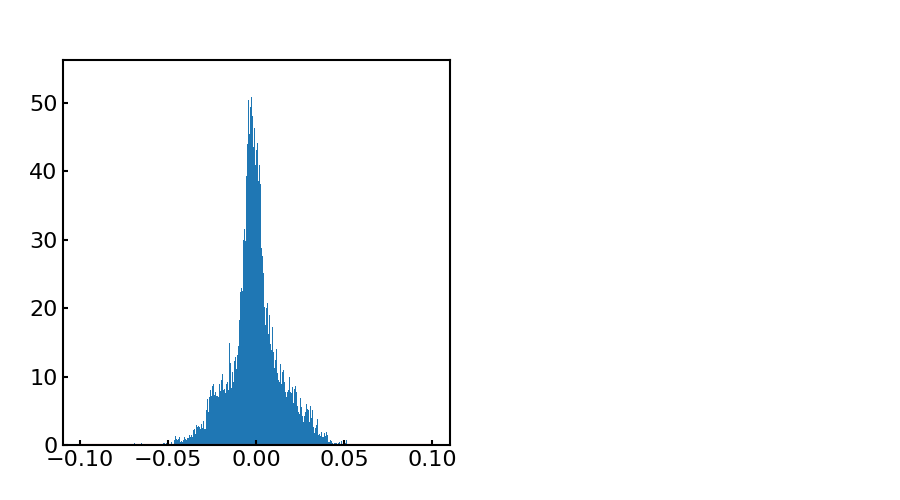
Repository: nishimuraHikar/PythonShowGraph
Script's output: python main.py
The author's editor kept a copy of each file at every save. The script's output is drawn from the files as they stood at one save, then again after the next save.
Random numbers start from a fixed seed.

Above is the script's output before, as saved 2022-03-03 02:27:07.

After the next save:
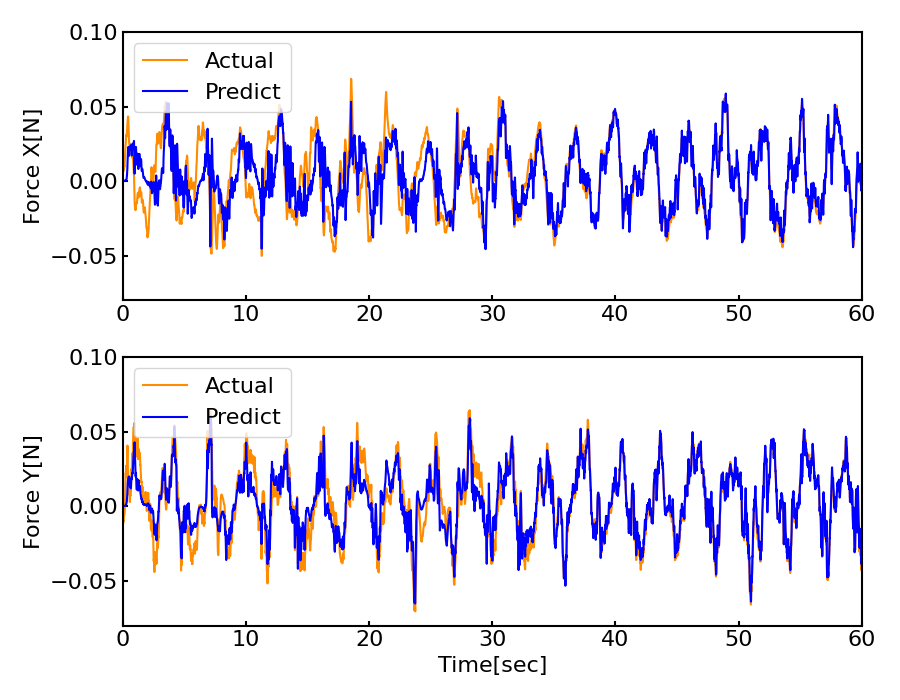
Saved 118 min 16 s later.
--- a/main.py
+++ b/main.py
@@ -2,15 +2,27 @@ from time import time
 import graph
 import numpy as np
 
+# datafile1 = 'tozuka1.csv'
+# datafile = 'false.csv'
 datafile = 'predict.csv'
 
-timedata = graph.ReadColumn(datafile,0)
-forcedatax = graph.ReadColumn(datafile, 1)
+# timedata = graph.ReadColumn(datafile1,0)
+# forcedatax = graph.ReadColumn(datafile1, 14)
+# forcedatax_ = graph.ReadColumn(datafile1, 31)
+# forcedatay = graph.ReadColumn(datafile1, 29)
+# forcedatay_ = graph.ReadColumn(datafile1, 32)
+
+timedata = graph.ReadColumn(datafile, 0)
+inputdatax = graph.ReadColumn(datafile, 1)
 predictdatax = graph.ReadColumn(datafile, 2)
-forcedatay = graph.ReadColumn(datafile, 3)
+inputdatay = graph.ReadColumn(datafile, 3)
 predictdatay = graph.ReadColumn(datafile, 4)
+
 
 # graph.graph_1data(timedata, rawdata, "Raw Data")
 # graph.graph_2data(timedata, rawdata, predictdata, "Raw Data", "Predict Data")
 # graph.multiplot_2and1(timedata, forcedatax, predictdatax, forcedatay,predictdatay, "Actual X", "Predict X", "Actual Y", "Predict Y")
-graph.histgram(forcedatax-predictdatax, 1000, 100)
+# graph.histgram(forcedatax-predictdatax, 1000, 100)
+graph.multiplot_2and1(timedata, inputdatax, predictdatax, inputdatay, predictdatay, "Actual", "Predict", "Actual", "Predict")
+# graph.multiplot_2and1(timedata, forcedatax, forcedatax_, forcedatay, forcedatay_, "W/O Assist", "W/ Assist", "W/O Assist", "W/ Assist")
+# graph.multiplot_2and1(timedata, forcedatax, predictdatax, forcedatay,predictdatay, "Actual X", "Predict X", "Actual Y", "Predict Y")
--- a/graph.py
+++ b/graph.py
@@ -50,7 +50,6 @@ def graph_2data(x_data, y1_data, y2_data, labelname1, labelname2):
     plt.xlabel("Time[sec]", fontname = 'Times New Roman')
     plt.ylabel("Force[N]", fontname = 'Times New Roman')
     plt.legend()
-# <<<<<<< HEAD
 #     plt.savefig('NNresult.png') #PNGファイル生成
 #     plt.show()
 
@@ -71,22 +70,22 @@ def multiplot_2and1(x_data, y_data1a, y_data1b, y_data2a, y_data2b, labelname1,
     plt.subplot(211)
     plt.plot(x_data, y_data1a, c="darkorange", label=labelname1)
     plt.plot(x_data, y_data1b, c="blue", label=labelname2)
-    plt.ylabel("Force[N]", fontname = 'Times New Roman')
+    plt.ylabel("Force X[N]", fontname = 'Times New Roman')
     plt.xlim(0, 60)
-    plt.ylim(-0.1, 0.2)
-    plt.axvspan(40, 60, color="gray", alpha=0.3)
+    plt.ylim(-0.08, 0.1)
+    # plt.axvspan(40, 60, color="gray", alpha=0.3)
     plt.legend(loc = 'upper left')
 
     plt.subplot(212)
     plt.plot(x_data, y_data2a, c="darkorange", label=labelname3)
     plt.plot(x_data, y_data2b, c="blue", label=labelname4)
-    plt.ylabel("Force[N]", fontname = 'Times New Roman')
+    plt.ylabel("Force Y[N]", fontname = 'Times New Roman')
     plt.xlim(0, 60)
-    plt.ylim(-0.1, 0.2)
+    plt.ylim(-0.08, 0.1)
 
     np.linspace(min(x_data), max(x_data), 100)
     plt.xlabel("Time[sec]", fontname = 'Times New Roman')
-    plt.axvspan(40, 60, color="gray", alpha=0.3)
+    # plt.axvspan(40, 60, color="gray", alpha=0.3)
     plt.legend(loc = 'upper left')
 
     plt.tight_layout()
@@ -108,4 +107,6 @@ def histgram(data, binsnum, scale):
     X = np.linspace(-0.1, 0.1, 50)
     Y = norm.pdf(X, loc=0, scale=scale)
     ax.plot(X, Y, c="red")
-    plt.show()
+
+    # plt.savefig("false.pdf")
+    # plt.show()
